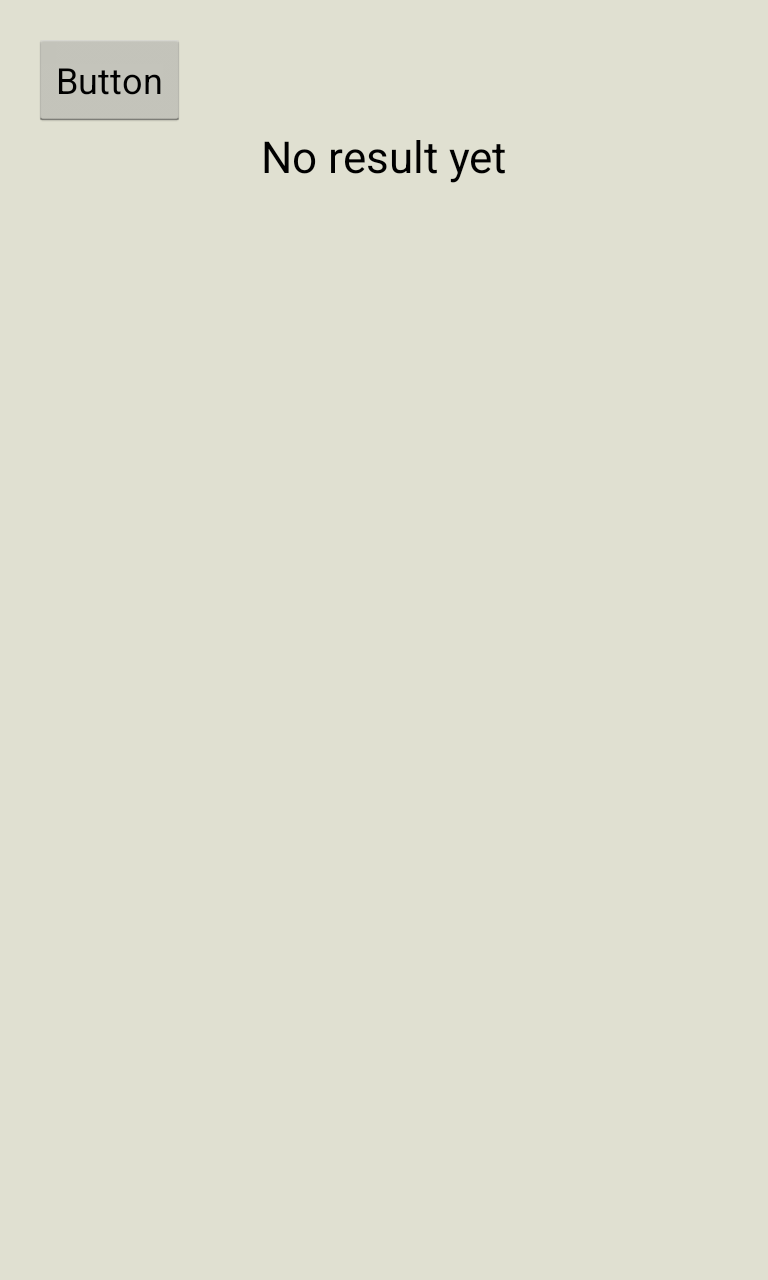
Repository: Kitsopappas/QBIReader
Layout: QBIReader/res/layout/activity_main.xml
An editor plug-in stored every save of this project. The layout is shown before and after the next save, followed by the edit.
It is drawn on a 768 x 1280 px phone screen (xhdpi) without system bars, with theme AppTheme; the app's code is not run.

Above is the layout before, as saved 2015-03-09 01:13:38.

After the next save:
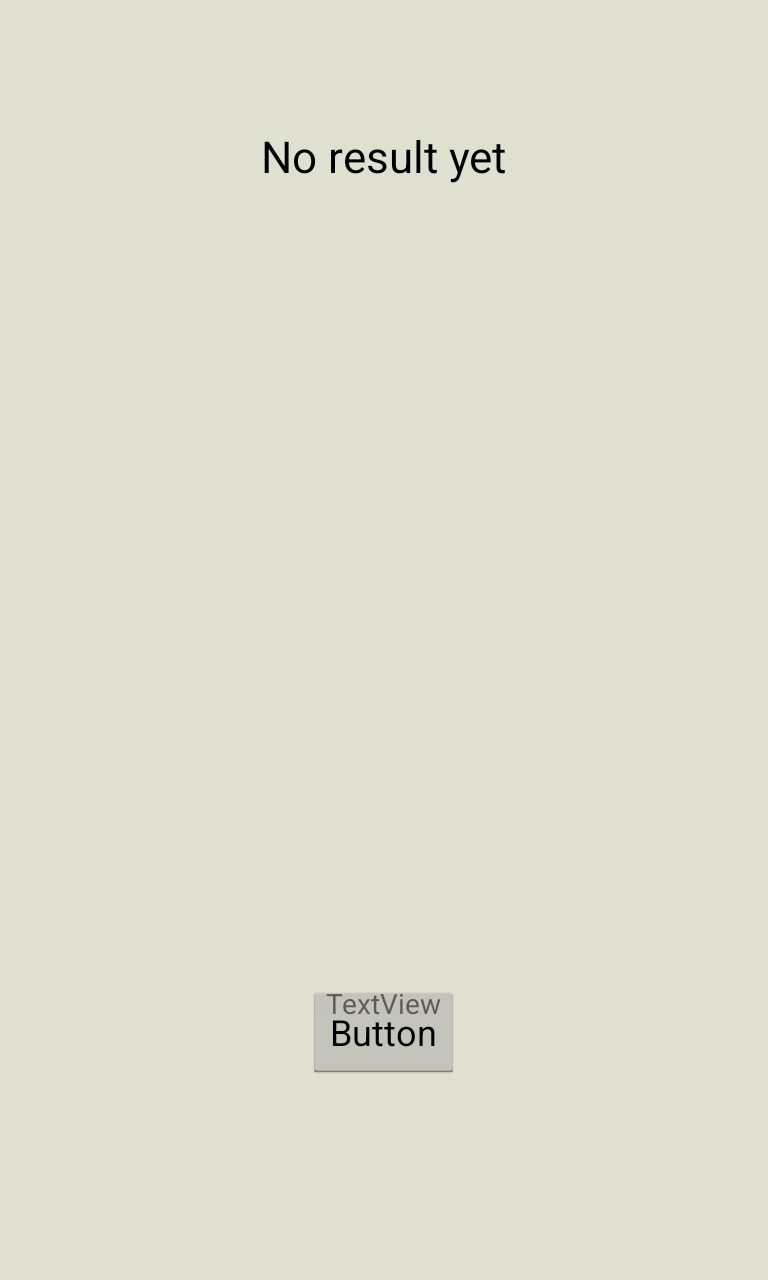
Saved 31 s later.
--- a/QBIReader/res/layout/activity_main.xml
+++ b/QBIReader/res/layout/activity_main.xml
@@ -20,16 +20,29 @@
         android:textAppearance="?android:attr/textAppearanceLarge" />
 
     <RelativeLayout
+        android:id="@+id/relativeLayout1"
         android:layout_width="match_parent"
         android:layout_height="wrap_content"
-        android:background="#00000"
-        android:layout_alignParentRight="true" >
+        android:layout_alignParentBottom="true"
+        android:layout_centerHorizontal="true"
+        android:layout_marginBottom="20dp"
+        android:background="#00000" >
+
+        <TextView
+            android:id="@+id/textView1"
+            android:layout_width="wrap_content"
+            android:layout_height="wrap_content"
+            android:layout_above="@+id/relativeLayout1"
+            android:layout_centerHorizontal="true"
+            android:layout_marginBottom="93dp"
+            android:text="TextView" />
 
         <Button
             android:id="@+id/button1"
             android:layout_width="wrap_content"
             android:layout_height="wrap_content"
-            android:layout_centerVertical="true"
+            android:layout_alignParentTop="true"
+            android:layout_centerHorizontal="true"
             android:text="Button" />
     </RelativeLayout>
 
